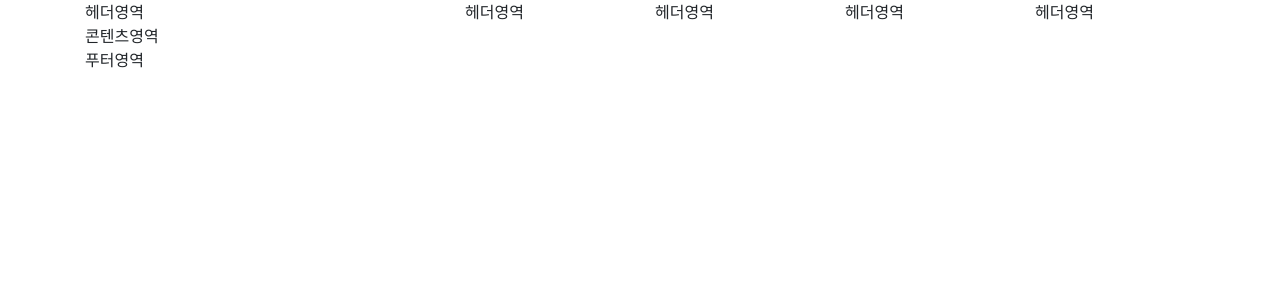
Repository: supremest35/web-projects
Page: http://localhost/noticeboard/
An editor plug-in stored every save of this project. The page is shown before and after the next save, followed by the edit.
The browser window is 1280 px wide. The pictures show the whole page.
The page is served by Tomcat 9. Other server files are loaded and not shown.

Above is the page before, as saved 2020-12-06 02:58:39.

### noticeboard/WebContent/index.jsp
<%@ page language="java" contentType="text/html; charset=UTF-8"
    pageEncoding="UTF-8"%>
<!DOCTYPE html>
<html lang="ko">
<head>
  <title>김선영 홈페이지</title>
  <meta charset="utf-8">
  <meta name="viewport" content="width=device-width, initial-scale=1">
  <link rel="stylesheet" href="https://maxcdn.bootstrapcdn.com/bootstrap/4.5.2/css/bootstrap.min.css">
  <script src="https://ajax.googleapis.com/ajax/libs/jquery/3.5.1/jquery.min.js"></script>
  <script src="https://cdnjs.cloudflare.com/ajax/libs/popper.js/1.16.0/umd/popper.min.js"></script>
  <script src="https://maxcdn.bootstrapcdn.com/bootstrap/4.5.2/js/bootstrap.min.js"></script>
</head>
<body>
<div class="container">
	<div class="row">
		<div class="col-2">헤더영역</div>
		<div class="col-2"></div>
		<div class="col-2">헤더영역</div>
		<div class="col-2">헤더영역</div>
		<div class="col-2">헤더영역</div>
		<div class="col-2">헤더영역</div>
	</div>
	<div class="row">
		<div class="col-12">콘텐츠영역</div>
	</div>
	<div class="row">
		<div class="col-12">푸터영역</div>
	</div>
</div>
</body>
</html>

After the next save:
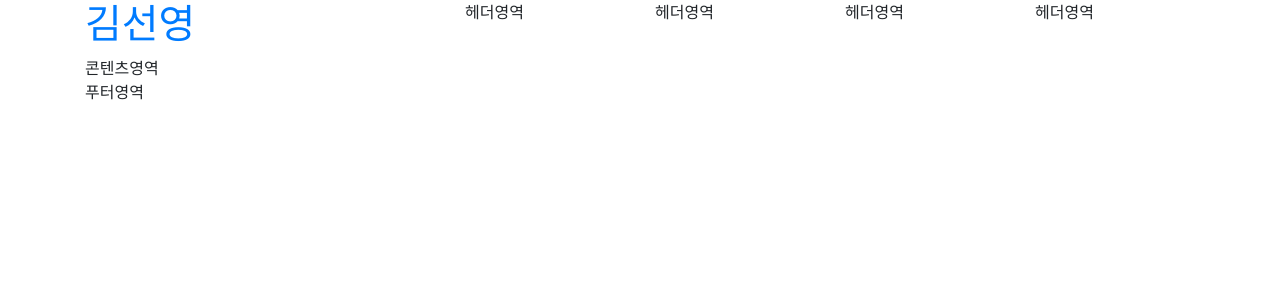
Saved 43 s later.
--- a/noticeboard/WebContent/index.jsp
+++ b/noticeboard/WebContent/index.jsp
@@ -14,7 +14,7 @@
 <body>
 <div class="container">
 	<div class="row">
-		<div class="col-2">헤더영역</div>
+		<div class="col-2"><a href="index.jsp"><h1>김선영</h1></a></div>
 		<div class="col-2"></div>
 		<div class="col-2">헤더영역</div>
 		<div class="col-2">헤더영역</div>
